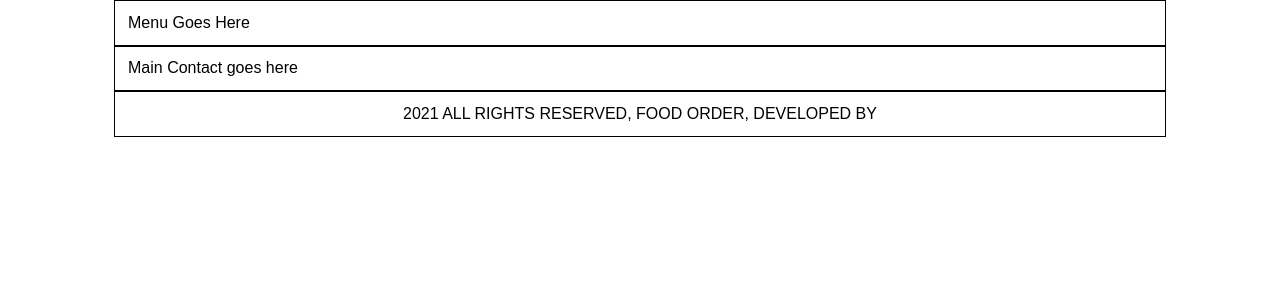
Repository: yazshrilld/food_order
Page: http://localhost/admin/index.php
The author's editor kept a copy of each file at every save. The page is drawn from the files as they stood at one save, then again after a run of saves.
The browser window is 1280 px wide. The pictures show the whole page.
The page is run by PHP 8.4 with error messages shown; the project is at /var/www/html/.

Above is the page before, as saved 2021-01-24 16:07:41.

After the next 3 saves:
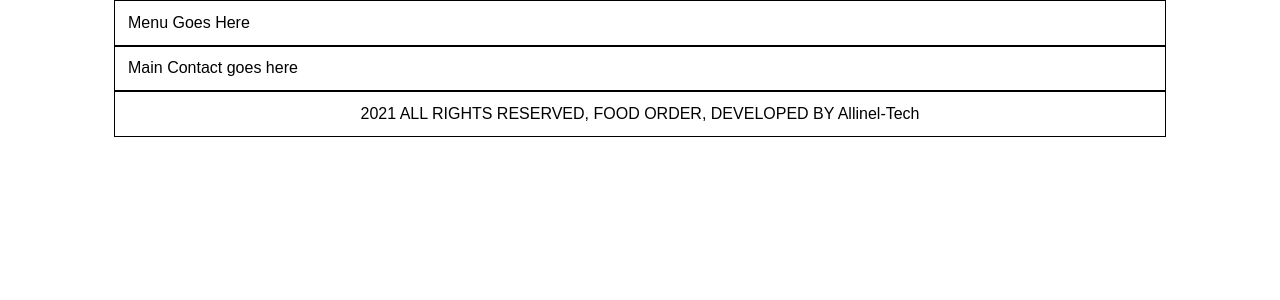
The 3 saves are shown as one change because they came seconds apart.
The last was saved 9 s later.
--- a/admin/index.php
+++ b/admin/index.php
@@ -23,7 +23,7 @@
         <!-- Footer Section Starts -->
             <div class="footer">
                 <div class="wrapper">
-                    <p class="text-center">2021 ALL RIGHTS RESERVED, FOOD ORDER, DEVELOPED BY <a href="#"></a></p>
+                    <p class="text-center">2021 ALL RIGHTS RESERVED, FOOD ORDER, DEVELOPED BY <a href="#"></a>Allinel-Tech</p>
                 </div>
             </div>
         <!-- Footer Section Ends -->
